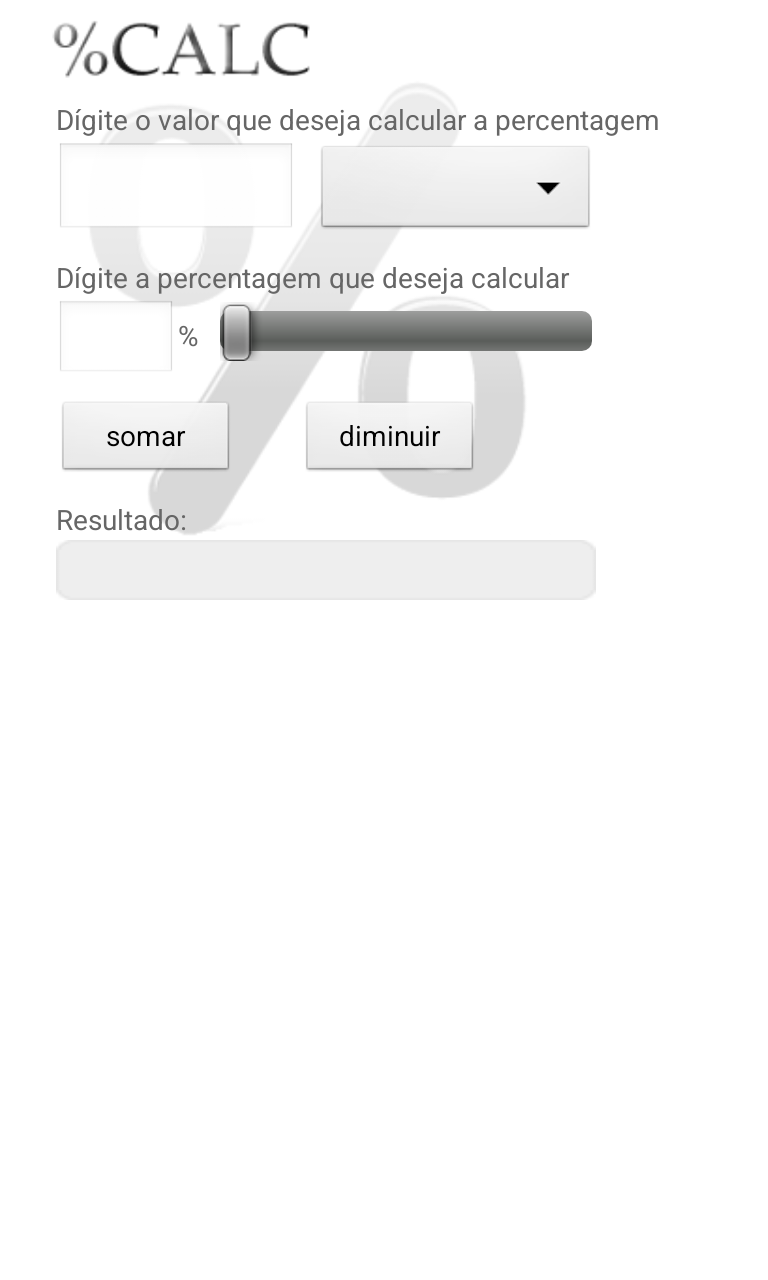
Repository: leoclaro/percentcalc
Layout: CalcularPercentagem/res/layout/main.xml
These files come from the project's save history. The layout is drawn as it stood at one moment and after the next save; the edit follows.
It is drawn on a 768 x 1280 px phone screen (xhdpi) without system bars, with theme android:Theme; the app's code is not run.

Above is the layout before, as saved 2012-05-09 19:12:37.

After the next save:
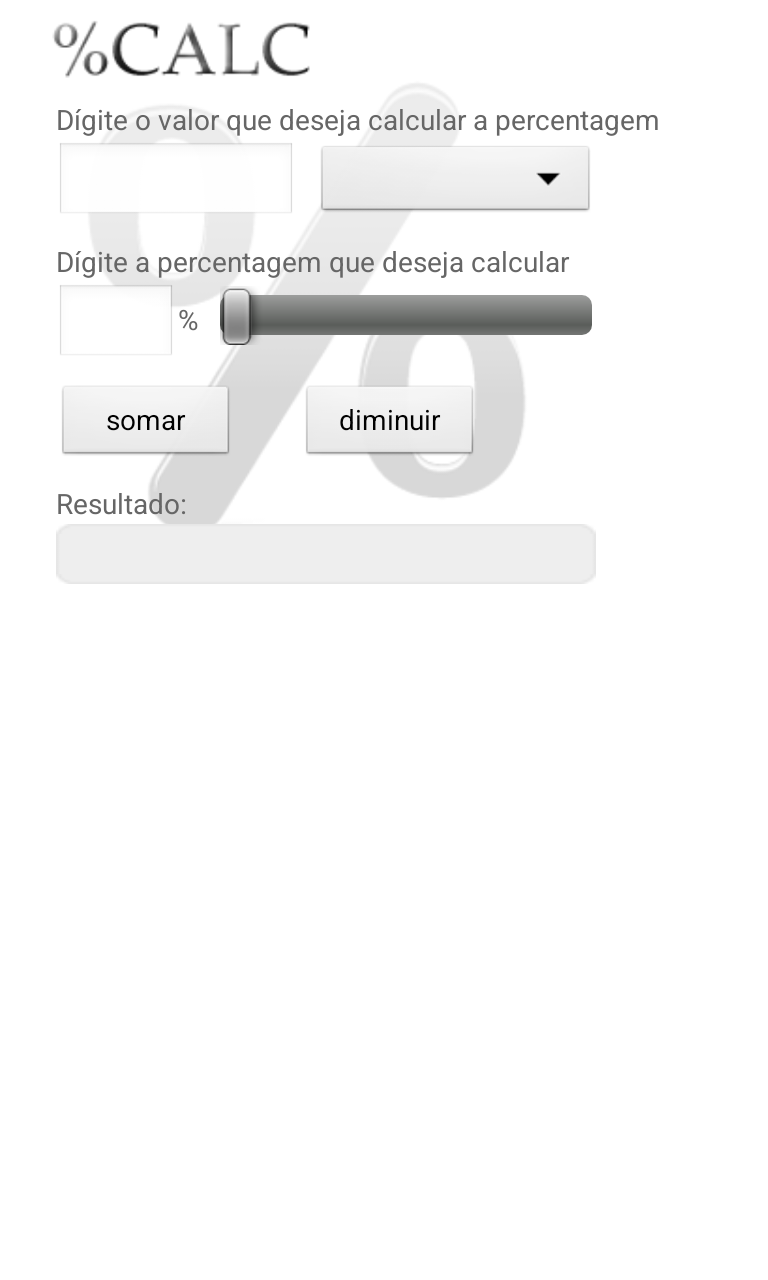
Saved 15 s later.
--- a/CalcularPercentagem/res/layout/main.xml
+++ b/CalcularPercentagem/res/layout/main.xml
@@ -35,7 +35,7 @@
 		    <EditText
 		        android:id="@+id/editTextValor"
 		        android:layout_width="120dp"
-		        android:layout_height="wrap_content"
+		        android:layout_height="40dp"
 		        android:layout_alignLeft="@+id/textViewValor"
 		        android:layout_below="@+id/textViewValor"
 		        android:layout_marginTop="2dp"
@@ -45,7 +45,7 @@
 		    <Spinner
 		        android:id="@+id/spinnerParcelas"
 		        android:layout_width="140dp"
-		        android:layout_height="wrap_content"
+		        android:layout_height="40dp"
 		        android:layout_below="@+id/textViewValor"
 		        android:layout_marginLeft="158dp"
 		        android:layout_marginTop="2dp"
